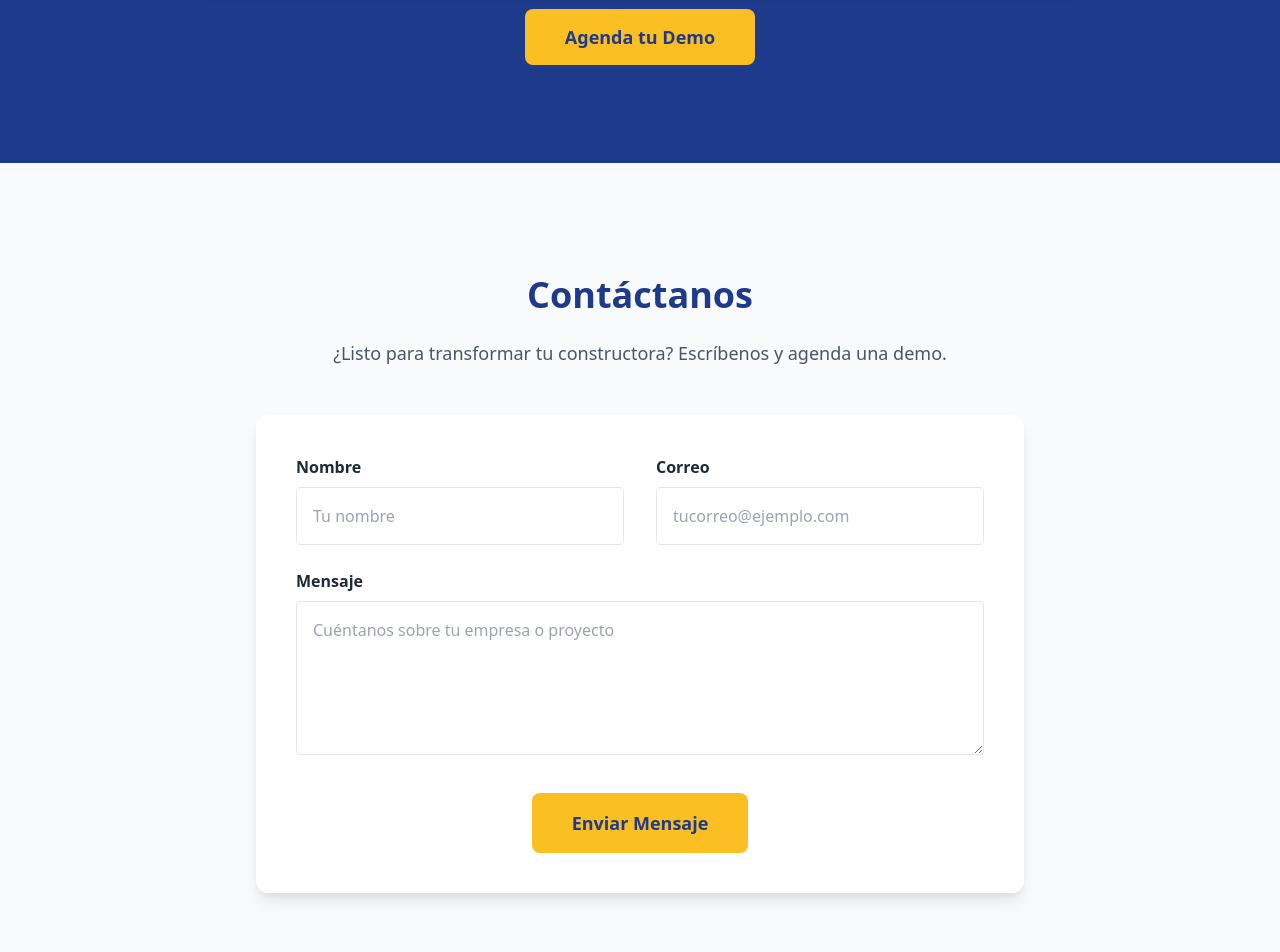
Repository: fabriciomonsalve/ConstruDesk
Page: app/templates/index.html
These files come from the project's save history. The page is drawn as it stood at one moment and after the next save; the edit follows.
The browser window is 1280 px wide. The pictures show the part of the page from y = 2901 to 3853 px (the page is 4414 px tall before and 3572 px after).
The template is drawn by Flask 3. The application's start-up code is not run. Other server files are loaded and not shown. The template is opened directly, without the code that normally fills it, so the values that code supplies are empty.

Above is the page before, as saved 2025-09-18 02:01:20.

### app/templates/index.html
<!DOCTYPE html>
<html lang="es">
<head>
  <meta charset="UTF-8">
  <meta name="viewport" content="width=device-width, initial-scale=1.0">
  <title>ContruDesk - Control total, construcción real</title>
  <link href="https://cdn.jsdelivr.net/npm/tailwindcss@2.2.19/dist/tailwind.min.css" rel="stylesheet">
</head>
<body class="font-sans text-gray-800">

  <!-- NAVBAR -->
  <nav class="bg-white shadow fixed w-full z-10">
    <div class="container mx-auto flex justify-between items-center p-4">
      <h1 class="text-2xl font-bold text-blue-900">ContruDesk</h1>
      <ul class="flex space-x-6 font-semibold">
        <li><a href="#beneficios" class="hover:text-yellow-500">Beneficios</a></li>
        <li><a href="#funcionalidades" class="hover:text-yellow-500">Funcionalidades</a></li>
        <li><a href="#demos" class="hover:text-yellow-500">Demo</a></li>
        <li><a href="#contacto" class="hover:text-yellow-500">Contacto</a></li>
      </ul>
    </div>
  </nav>




  <!-- HERO con VIDEO -->
<header class="relative h-screen w-full flex items-center justify-center text-center text-white">
  <video autoplay muted loop playsinline class="absolute w-full h-full object-cover">
    <source src="static/video.mp4" type="video/mp4">
  </video>
  <div class="absolute inset-0 bg-blue-900 bg-opacity-70"></div>

  <div class="relative z-10 max-w-4xl mx-auto px-6">
    <!-- Logo -->
    <img src="static/logo.png"
         alt="Logo ContruDesk"
         class="mx-auto mb-8 w-48 md:w-56 lg:w-64 drop-shadow-2xl">

    <!-- Título -->
    <h2 class="text-4xl md:text-5xl lg:text-6xl font-extrabold mb-6 leading-tight">
      Control total, construcción real
    </h2>

    <!-- Subtítulo -->
    <p class="text-lg md:text-xl mb-10 text-gray-100 max-w-2xl mx-auto">
      La plataforma digital que transforma la gestión de tus proyectos de construcción.
    </p>

    <!-- CTA -->
    <a href="#demos"
       class="bg-yellow-400 text-blue-900 px-10 py-4 rounded-xl font-bold text-lg hover:bg-yellow-300 transition shadow-lg">
       🚀 Solicita tu Demo
    </a>
  </div>
</header>


  <!-- BENEFICIOS -->
  <section id="beneficios" class="py-28 bg-gray-50">
    <div class="container mx-auto text-center">
      <h3 class="text-4xl font-bold text-blue-900 mb-6">Beneficios de ContruDesk</h3>
      <p class="text-lg text-gray-600 mb-12 max-w-2xl mx-auto">Optimiza tus proyectos con control total, comunicación fluida y datos en tiempo real.</p>
      <div class="grid md:grid-cols-2 lg:grid-cols-4 gap-10">
        <div class="bg-white shadow-lg rounded-xl p-8">
          <img src="static/logo.png" alt="Dashboard" class="w-20 mx-auto mb-4">
          <h4 class="font-bold text-xl mb-2">Visión Global</h4>
          <p>Monitorea todas tus obras con indicadores claros y actualizados.</p>
        </div>
        <div class="bg-white shadow-lg rounded-xl p-8">
          <img src="static/logo.png" alt="Colaboración" class="w-20 mx-auto mb-4">
          <h4 class="font-bold text-xl mb-2">Colaboración</h4>
          <p>Admins, residentes y maestros conectados en un solo sistema.</p>
        </div>
        <div class="bg-white shadow-lg rounded-xl p-8">
          <img src="static/logo.png" alt="Reportes" class="w-20 mx-auto mb-4">
          <h4 class="font-bold text-xl mb-2">Reportes Automáticos</h4>
          <p>Genera informes listos para clientes y gerencia en segundos.</p>
        </div>
        <div class="bg-white shadow-lg rounded-xl p-8">
          <img src="static/logo.png" alt="Seguridad" class="w-20 mx-auto mb-4">
          <h4 class="font-bold text-xl mb-2">Transparencia</h4>
          <p>Evidencias y bitácoras digitales accesibles desde cualquier dispositivo.</p>
        </div>
      </div>
    </div>
  </section>

  <!-- FUNCIONALIDADES con imagen -->
  <section id="funcionalidades" class="py-28">
    <div class="container mx-auto grid md:grid-cols-2 gap-12 items-center">
      <div>
        <h3 class="text-4xl font-bold text-blue-900 mb-6">Funcionalidades Clave</h3>
        <ul class="space-y-6 text-lg">
          <li><strong>Dashboard Global:</strong> Avances físicos y financieros en tiempo real.</li>
          <li><strong>Gestión de Obras:</strong> Cronogramas y validación de residentes.</li>
          <li><strong>Bitácora Digital:</strong> Registro de avances, fotos y consumos desde el campo.</li>
          <li><strong>Control de Materiales:</strong> Inventario actualizado con alertas de consumo.</li>
          <li><strong>Seguridad y Calidad:</strong> Checklists HSE y control normativo.</li>
        </ul>
      </div>
      <div>
        <img src="static/logo.png" alt="Funcionalidades ContruDesk" class="rounded-xl shadow-lg">
      </div>
    </div>
  </section>

  <!-- VIDEO DEMO -->
  <section id="demos" class="py-28 bg-blue-900 text-white text-center">
    <h3 class="text-4xl font-bold mb-6">Mira ContruDesk en acción</h3>
    <p class="text-lg mb-12 max-w-2xl mx-auto">Descubre cómo nuestra plataforma revoluciona la gestión de proyectos de construcción.</p>
    <div class="max-w-4xl mx-auto">
      <iframe class="w-full h-96 rounded-xl shadow-lg" src="https://www.youtube.com/embed/VIDEO_ID" frameborder="0" allowfullscreen></iframe>
    </div>
    <div class="mt-10">
      <a href="#contacto" class="bg-yellow-400 text-blue-900 px-10 py-4 rounded-lg font-bold text-lg hover:bg-yellow-300">Agenda tu Demo</a>
    </div>
  </section>

  <!-- CONTACTO -->
  <section id="contacto" class="py-28 bg-gray-50">

    <h3 class="text-4xl font-bold text-center text-blue-900 mb-6">Contáctanos</h3>
    <p class="text-center text-lg text-gray-600 mb-12">¿Listo para transformar tu constructora? Escríbenos y agenda una demo.</p>
    <form class="max-w-3xl mx-auto bg-white p-10 rounded-xl shadow-lg">
      <div class="grid md:grid-cols-2 gap-8">
        <div>
          <label class="block mb-2 font-bold">Nombre</label>
          <input type="text" class="w-full p-4 border rounded" placeholder="Tu nombre">
        </div>
        <div>
          <label class="block mb-2 font-bold">Correo</label>
          <input type="email" class="w-full p-4 border rounded" placeholder="tucorreo@ejemplo.com">
        </div>
      </div>
      <div class="mt-6">
        <label class="block mb-2 font-bold">Mensaje</label>
        <textarea class="w-full p-4 border rounded" rows="5" placeholder="Cuéntanos sobre tu empresa o proyecto"></textarea>
      </div>
      <div class="mt-8 text-center">
        <button class="bg-yellow-400 text-blue-900 px-10 py-4 rounded-lg font-bold text-lg hover:bg-yellow-300">Enviar Mensaje</button>
      </div>
    </form>
  </section>




  <!-- Contacto -->
  <section id="contacto" class="py-20">
    <div class="max-w-6xl mx-auto px-6 grid md:grid-cols-2 gap-12 items-start">
      <div data-aos="fade-right">
        <h2 class="text-3xl font-bold mb-4">Conversemos</h2>
        <p class="text-slate-600">Cuéntanos sobre tu empresa y te propondremos la mejor capacitación.</p>
        <ul class="mt-6 space-y-2 text-slate-700">
          <li>📍 Santiago, Chile</li>
          <li>📞 +56 9 1234 5678</li>
          <li>📧 contacto@360capacitaciones.cl</li>
        </ul>
      </div>
      <form method="POST" action="{{ url_for('main.contacto') }}" class="p-6 bg-white rounded-xl shadow" data-aos="fade-left">
        {{ form.hidden_tag() }}
        <label class="block mb-2 font-medium">Nombre</label>
        {{ form.nombre(class="w-full mb-4 p-3 border rounded") }}
        <label class="block mb-2 font-medium">Email</label>
        {{ form.email(class="w-full mb-4 p-3 border rounded") }}
        <label class="block mb-2 font-medium">Teléfono</label>
        {{ form.telefono(class="w-full mb-4 p-3 border rounded") }}
        <label class="block mb-2 font-medium">Empresa</label>
        {{ form.empresa(class="w-full mb-4 p-3 border rounded") }}
        <label class="block mb-2 font-medium">Mensaje</label>
        {{ form.mensaje(class="w-full mb-4 p-3 border rounded") }}
        <button type="submit" class="btn btn-primary w-full">Enviar</button>
      </form>
    </div>
  </section>

  <!-- FOOTER -->
  <footer class="bg-blue-900 text-white py-8 text-center">
    <p>© 2025 ContruDesk | Tu escritorio digital para la construcción</p>
    <p class="text-sm mt-2">Control total, construcción real.</p>
  </footer>

</body>
</html>

After the next save:
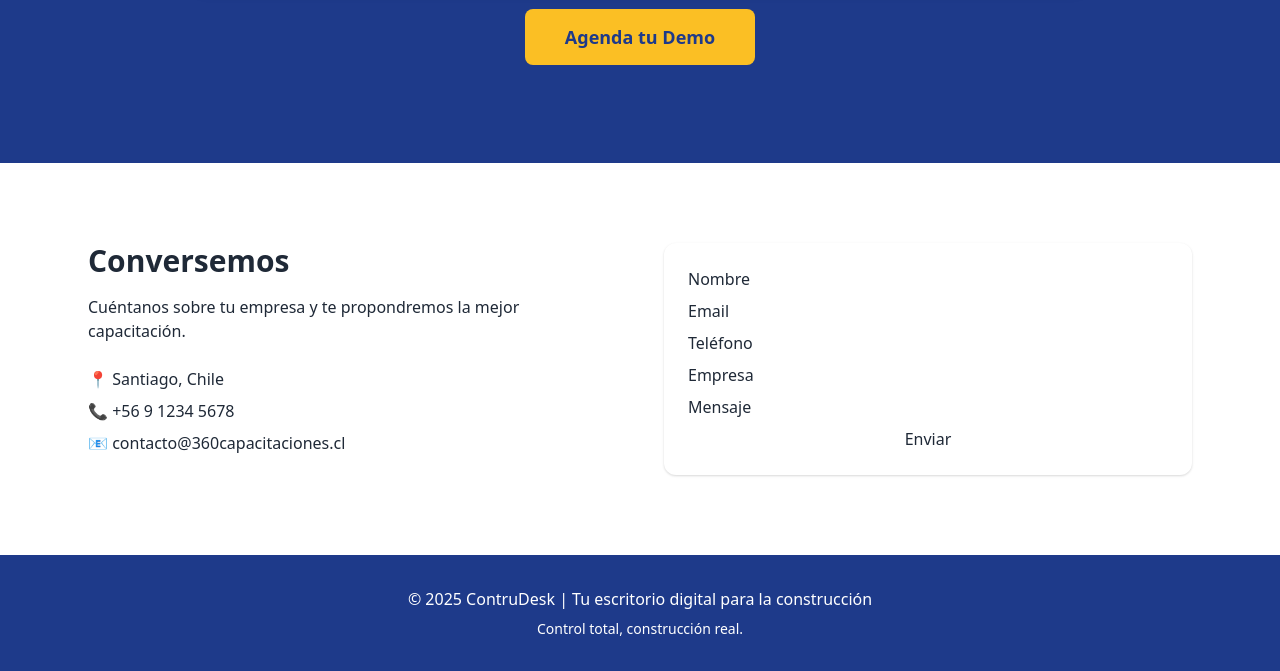
Saved 2 min 11 s later.
--- a/app/templates/index.html
+++ b/app/templates/index.html
@@ -118,30 +118,6 @@
   </section>
 
   <!-- CONTACTO -->
-  <section id="contacto" class="py-28 bg-gray-50">
-
-    <h3 class="text-4xl font-bold text-center text-blue-900 mb-6">Contáctanos</h3>
-    <p class="text-center text-lg text-gray-600 mb-12">¿Listo para transformar tu constructora? Escríbenos y agenda una demo.</p>
-    <form class="max-w-3xl mx-auto bg-white p-10 rounded-xl shadow-lg">
-      <div class="grid md:grid-cols-2 gap-8">
-        <div>
-          <label class="block mb-2 font-bold">Nombre</label>
-          <input type="text" class="w-full p-4 border rounded" placeholder="Tu nombre">
-        </div>
-        <div>
-          <label class="block mb-2 font-bold">Correo</label>
-          <input type="email" class="w-full p-4 border rounded" placeholder="tucorreo@ejemplo.com">
-        </div>
-      </div>
-      <div class="mt-6">
-        <label class="block mb-2 font-bold">Mensaje</label>
-        <textarea class="w-full p-4 border rounded" rows="5" placeholder="Cuéntanos sobre tu empresa o proyecto"></textarea>
-      </div>
-      <div class="mt-8 text-center">
-        <button class="bg-yellow-400 text-blue-900 px-10 py-4 rounded-lg font-bold text-lg hover:bg-yellow-300">Enviar Mensaje</button>
-      </div>
-    </form>
-  </section>
 
 
 
